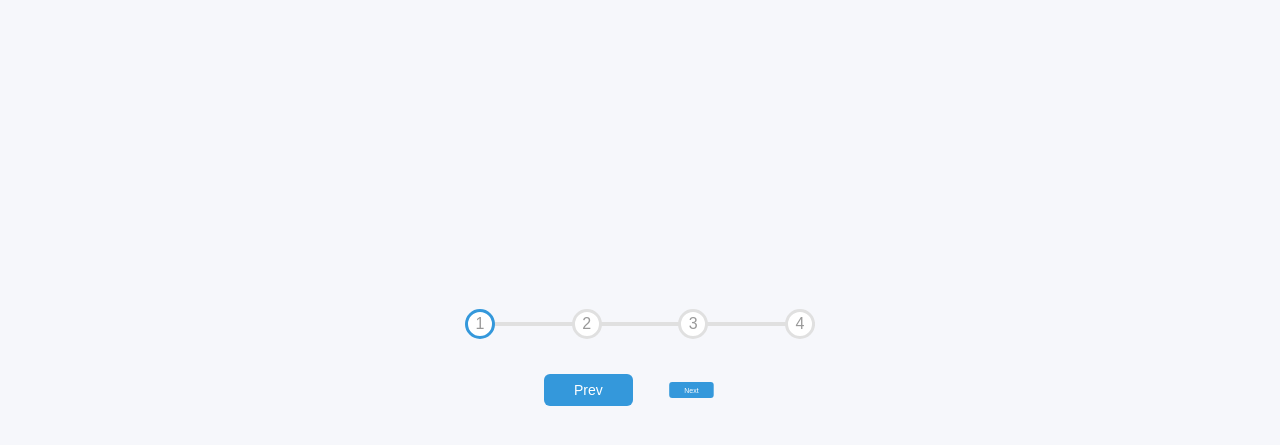
Repository: cyborgEneki/50Projects50Days
Page: progress_steps/index.html
An editor plug-in stored every save of this project. The page is shown before and after the next save, followed by the edit.
The browser window is 1280 px wide. The pictures show the whole page.
Some web fonts or font styles are not loaded; a fallback is used.

Above is the page before, as saved 2021-01-02 15:27:35.

### progress_steps/index.html
<!DOCTYPE html>
<html lang="en">
<head>
    <meta charset="UTF-8">
    <meta name="viewport" content="width=device-width, initial-scale=1.0">
    <!-- <link rel="stylesheet" href="https://cdnjs.cloudflare.com/ajax/libs/font-awesome/5.15.1/css/all.min.css"
        integrity="sha512-+4zCK9k+qNFUR5X+cKL9EIR+ZOhtIloNl9GIKS57V1MyNsYpYcUrUeQc9vNfzsWfV28IaLL3i96P9sdNyeRssA=="
        crossorigin="anonymous" /> -->
    <link rel="stylesheet" href="style.css">
    <title>Progress Steps</title>
</head>
<body>
    <div class="container">
        <div class="progress-container">
            <div class="progress" id="progress"></div>
            <div class="circle active">1</div>
            <div class="circle">2</div>
            <div class="circle">3</div>
            <div class="circle">4</div>
        </div>

        <button class="btn" id="prev" disabled>Prev</button>
        <button class="btn active" id="next">Next</button>
    </div>
    <script src="script.js"></script>
</body>
</html>

### progress_steps/style.css
@import url('https://fonts.googleapis.com/css?family=Muli&display=swap');

:root {
    --line-border-fill: #3498db;
    --line-border-empty: #e0e0e0;
}

* {
    box-sizing: border-box;
}

body {
    font-family: 'Muli', sans-serif;
    margin: 0;
    display: flex;
    align-items: center;
    justify-content: center;
    height: 100vh;
    overflow: hidden;
    background-color: #f6f7fb;
}

.container {
    text-align: center;
}

.progress-container {
    display: flex;
    justify-content: space-between;
    position: relative;
    margin-bottom: 30px;
    max-width: 100%;
    width: 350px;
}

.progress-container::before {
    content: '';
    background-color: var(--line-border-empty);
    position: absolute;
    top: 50%;
    left: 0;
    transform: translateY(-50%);
    height: 4px;
    width: 100%;
    z-index: -1;
}

.progress {
    background-color:var(--line-border-fill);
    position: absolute;
    top: 50%;
    left: 0;
    height: 4px;
    width: 0%;
    transform: translateY(-50%);
    z-index: -1;
    transition: .4s ease;
}

.circle {
    background-color: #fff;
    color: #999;
    border-radius: 50%;
    height: 30px;
    width: 30px;
    display: flex;
    align-items: center;
    justify-content: center;
    border: 3px solid var(--line-border-empty);
    transition: .4s ease;
}

.circle.active {
    border-color: var(--line-border-fill);
}

.btn {
    background-color: var(--line-border-fill);
    color: #fff;
    border: 0;
    border-radius: 6px;
    cursor: pointer;
    font-family: inherit;
    padding: 8px 30px;
    margin: 5px;
    font-size: 14px;
}

.btn.active {
    transform: scale(0.5);
}

Loaded but not shown: progress_steps/script.js (no stored copy; drawn as an empty file)

After the next save:
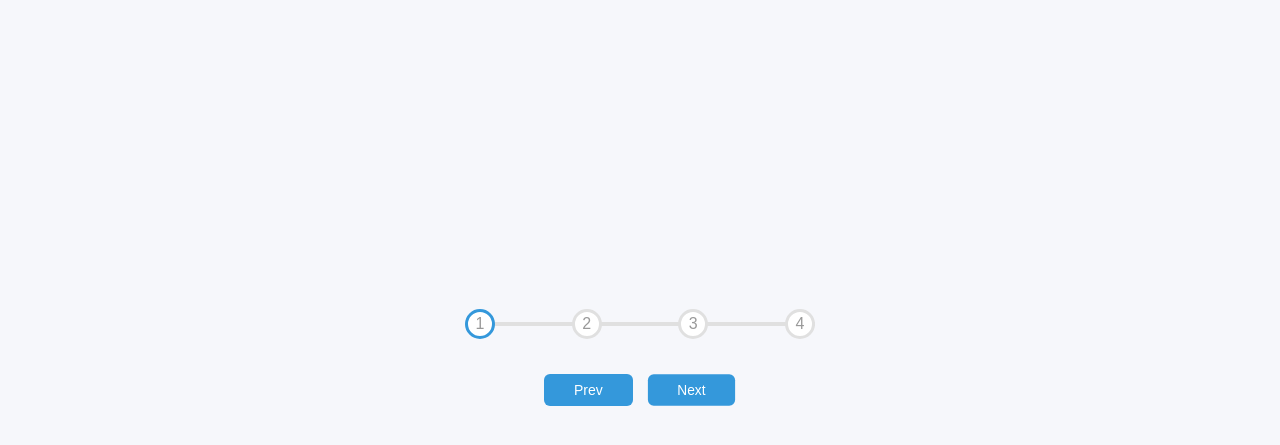
Saved 6 s later.
--- a/progress_steps/style.css
+++ b/progress_steps/style.css
@@ -87,5 +87,5 @@ body {
 }
 
 .btn.active {
-    transform: scale(0.5);
+    transform: scale(0.98);
 }
